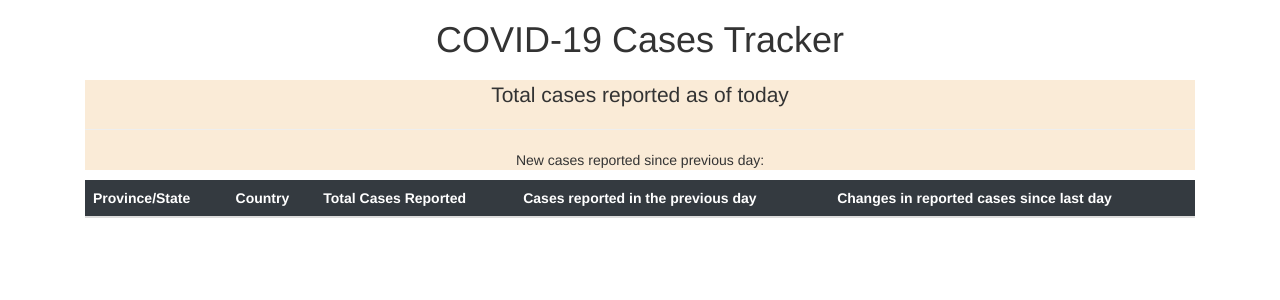
Repository: kimjuneyoung5/Bootcamp-Java
Page: http://localhost/CovidTrackingApp/WEB-INF/cases.jsp
The author's editor kept a copy of each file at every save. The page is drawn from the files as they stood at one save, then again after a run of saves.
The browser window is 1280 px wide. The pictures show the whole page.
The page is served by Tomcat 9. Nobody is signed in. Other server files are loaded and not shown. The template is opened directly, without the code that normally fills it, so the values that code supplies are empty.

Above is the page before, as saved 2021-10-02 06:04:39.

### oop/CovidTrackingApp/src/main/webapp/WEB-INF/cases.jsp
<%@ page language="java" contentType="text/html; charset=UTF-8"
    pageEncoding="UTF-8"%>
<%@ taglib prefix="c" uri="http://java.sun.com/jsp/jstl/core" %>
<%@ taglib prefix="fmt" uri="http://java.sun.com/jsp/jstl/fmt" %>
<%@ taglib prefix="form" uri="http://www.springframework.org/tags/form"%>
<%@ page isErrorPage="true" %>
<!DOCTYPE html>

<html xmlns:th="http://www.thymeleaf.org">

<head>
    <title>COVID-19 Cases Tracker</title>
    <meta http-equiv="Content-Type" content="text/html; charset=UTF-8" />
    <link rel="stylesheet" href="https://stackpath.bootstrapcdn.com/bootstrap/4.4.1/css/bootstrap.min.css" integrity="sha384-Vkoo8x4CGsO3+Hhxv8T/Q5PaXtkKtu6ug5TOeNV6gBiFeWPGFN9MuhOf23Q9Ifjh" crossorigin="anonymous">
    <link rel="stylesheet"
		href="https://maxcdn.bootstrapcdn.com/bootstrap/3.3.7/css/bootstrap.min.css" />
    <style>
    	.container{
    		text-align:center;
    	}
    	.container1{
    		text-align:center;
    		background-color: antiquewhite;
    	}
    	.display{
    		line-height:1.2;
    	}
    	.line{
    		margin-top:1.5rem!important;
    	}
    	tr{
    	 	text-align:center;
    	}
    </style>
</head>

<body>
<div class="container">
<h1>COVID-19 Cases Tracker</h1>

	<div class="container1">
    	<h1 class="display"><c:out value="${totalReportedCases}"/></h1>
    	<p class="lead">Total cases reported as of today</p>
    	<hr class="line">
    	<p>
        	<span>New cases reported since previous day:</span>
        	<span><c:out value="${totalNewCases}" /></span>
    	</p>
	</div>
    <table class="table table-dark">
    	<thead>
        	<tr>
            	<th>Province/State</th>
            	<th>Country</th>
            	<th>Total Cases Reported</th>
            	<th>Cases reported in the previous day</th>
            	<th>Changes in reported cases since last day</th>
        	</tr>
        </thead>
        <tbody>
        	<c:forEach var="casesStat"  items="${casesStats}">
        		<tr>
        			<c:if test="${casesStat.provinceState == ''}">
            			<td><c:out value="${casesStat.countryRegion}"/></td>
            		</c:if>
            		<c:if test="${casesStat.provinceState != ''}">
            			<td><c:out value="${casesStat.provinceState}"/></td>
            		</c:if>
            		<td><c:out value="${casesStat.countryRegion}"/></td>
            		<td><c:out value="${casesStat.latestTotalCases}"/></td>
            		<td><c:out value="${casesStat.prevDayCases}"/></td>
            		<td><c:out value="${casesStat.diffFromPrevDay}"/></td>
        		</tr>
        	</c:forEach>
        </tbody>
    </table>
</div>
</body>
</html>

After the next 2 saves:
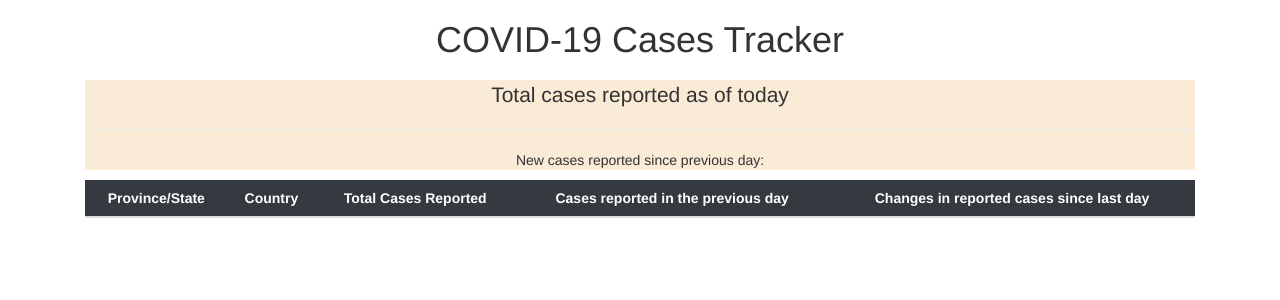
The 2 saves are shown as one change because they came seconds apart.
The last was saved 23 s later.
--- a/oop/CovidTrackingApp/src/main/webapp/WEB-INF/cases.jsp
+++ b/oop/CovidTrackingApp/src/main/webapp/WEB-INF/cases.jsp
@@ -28,7 +28,7 @@
     	.line{
     		margin-top:1.5rem!important;
     	}
-    	tr{
+    	th{
     	 	text-align:center;
     	}
     </style>

After the save that followed:
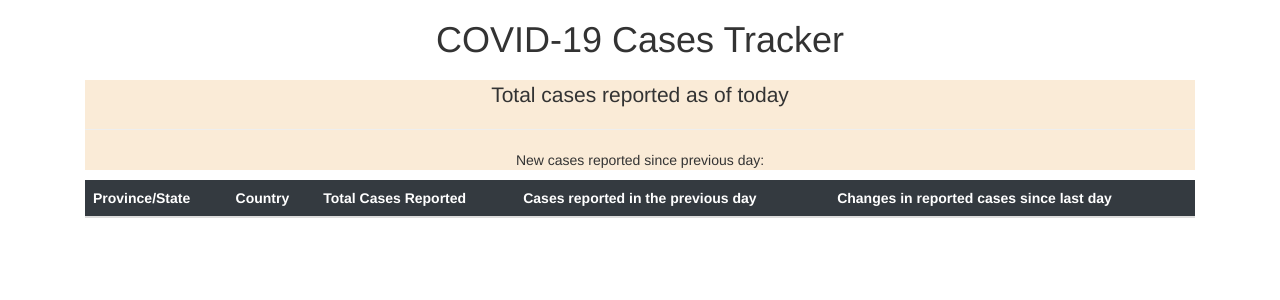
Saved 25 s later.
--- a/oop/CovidTrackingApp/src/main/webapp/WEB-INF/cases.jsp
+++ b/oop/CovidTrackingApp/src/main/webapp/WEB-INF/cases.jsp
@@ -28,9 +28,6 @@
     	.line{
     		margin-top:1.5rem!important;
     	}
-    	th{
-    	 	text-align:center;
-    	}
     </style>
 </head>
 
@@ -49,7 +46,7 @@
 	</div>
     <table class="table table-dark">
     	<thead>
-        	<tr>
+        	<tr align="center">
             	<th>Province/State</th>
             	<th>Country</th>
             	<th>Total Cases Reported</th>
